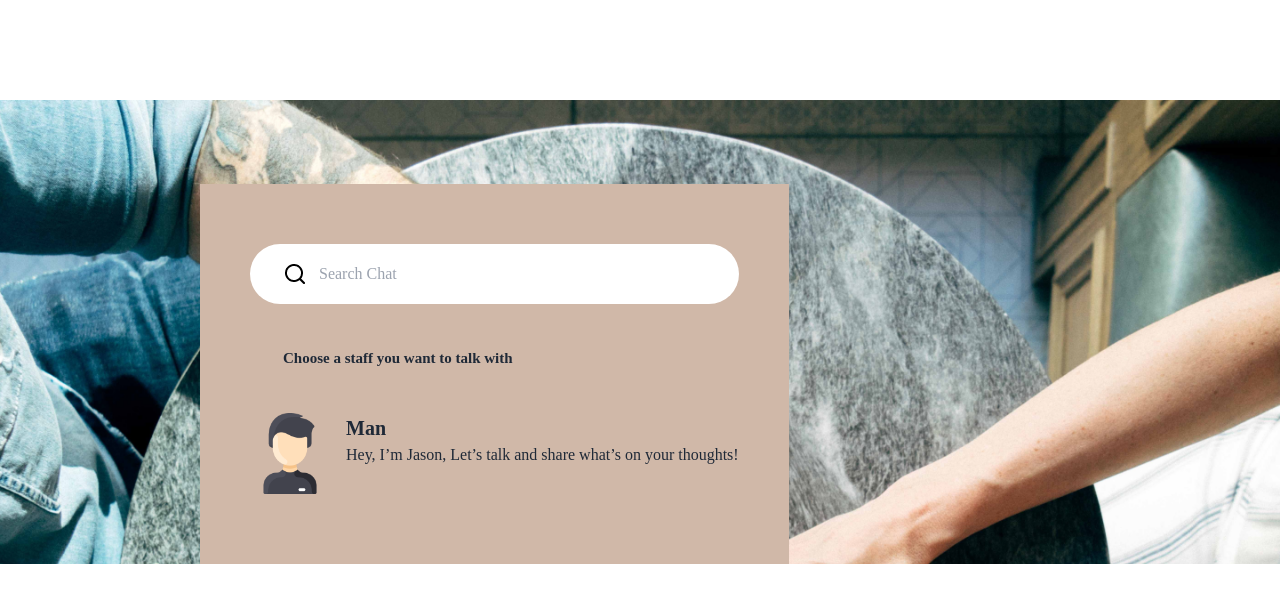
Repository: boykebn/fw12-collab2-FRONTEND
Page: /chat (app in our/)
These files come from the project's save history. The page is drawn as it stood at one moment and after the next save; the edit follows.
The browser window is 1280 px wide. The pictures show the whole page.
The project was rebuilt for these pictures with package versions that can differ from the ones it lists, and the page was loaded fresh each time. The framework's server and built-in components were replaced by stand-ins that run in the browser. Also part of the build but not shown: our/next.config.js.

Above is the page before, as saved 2022-12-31 23:50:09.

### our/pages/_app.js
import "../styles/globals.css";
import { Provider } from "react-redux";
import { store } from "../redux/store";

export default function App({ Component, pageProps }) {
  return (
    <Provider store={store}>
      <Component {...pageProps} />
    </Provider>
  );
}

### our/pages/chat.js
import React from "react";
import Image from "next/image";
import search from "../assets/search.png";
import man from "../assets/man.png";

const Chat = () => {
  return (
    <div className="pt-[100px] font-poppins">
      <div className="bg-[url('../assets/background-chat.png')] bg-cover bg-no-repeat">
        <div className="pt-[84px] px-[200px] flex">
          <div className="border-1 bg-[#d0b8a8] py-[60px] px-[50px]">
            <div className="border-1 flex items-center bg-white py-[18px] pl-[35px] pr-[40px] rounded-[30px] mb-[43px]">
              <Image src={search} alt="search" className="mr-[14px]" />
              <input placeholder="Search Chat" className="focus:outline-none" />
            </div>
            <p className="text-[15px] font-bold mb-[43px] px-[33px]">
              Choose a staff you want to talk with
            </p>
            <div className="flex">
              <Image
                src={man}
                alt="man"
                className="w-[80px] h-[81px] mr-[16px] mb-[10px]"
              />
              <div>
                <p className="text-[20px] font-bold">Man</p>
                <p>
                  Hey, I’m Jason, Let’s talk and share what’s on your thoughts!
                </p>
              </div>
            </div>
          </div>
          <div></div>
        </div>
      </div>
    </div>
  );
};

export default Chat;

### our/styles/globals.css
@tailwind base;
@tailwind components;
@tailwind utilities;

@import url("https://fonts.googleapis.com/css2?family=Poppins&family=Rubik&display=swap");
.btn {
  text-transform: none;
  width: 100%;
}
.input {
  width: 100%;
}

@media (min-width: 768px) {
  .bg-forgot-password {
    background-image: url("../images/forgotPasswordBg.png");
  }
}

### our/redux/store.js
import { configureStore } from '@reduxjs/toolkit';
import thunk from 'redux-thunk'
import reducer from './reducers';
import {persistStore} from 'redux-persist'

const store = configureStore({
    reducer,
    middleware: [thunk]
})

const persistor = persistStore(store)

export {store, persistor}

### our/redux/reducers/index.js
import {combineReducers} from '@reduxjs/toolkit';
import {persistReducer} from 'redux-persist'
import storage from 'redux-persist/lib/storage'
import auth from './auth'

const authConfig = {
    key: 'auth',
    storage
}

const reducer = combineReducers({
    auth: persistReducer(authConfig, auth),
})

export default reducer

### our/redux/reducers/auth.js
import {createSlice} from '@reduxjs/toolkit'

const initialState = {
    token: null
}

const authReducer = createSlice({
    name: 'auth',
    initialState,
    reducers: {
        logout: (state, action) => {
            return initialState
        }
    },
    extraReducers: (build) => {
    }
})

export const { logout } = authReducer.actions

export default authReducer.reducer

### our/tailwind.config.js
/** @type {import('tailwindcss').Config} */
module.exports = {
  content: [
    "./pages/**/*.{js,ts,jsx,tsx}",
    "./components/**/*.{js,ts,jsx,tsx}",
  ],
  theme: {
    extend: {
      fontFamily: {
        rubik: ["Rubik", "sans-serif"],
        poppins: ["Poppins"],
      },
      backgroundImage: {
        order_bg: "url('../images/bg-1.png')",
      },
    },
  },
  plugins: [require("daisyui")],
};

After the next save:
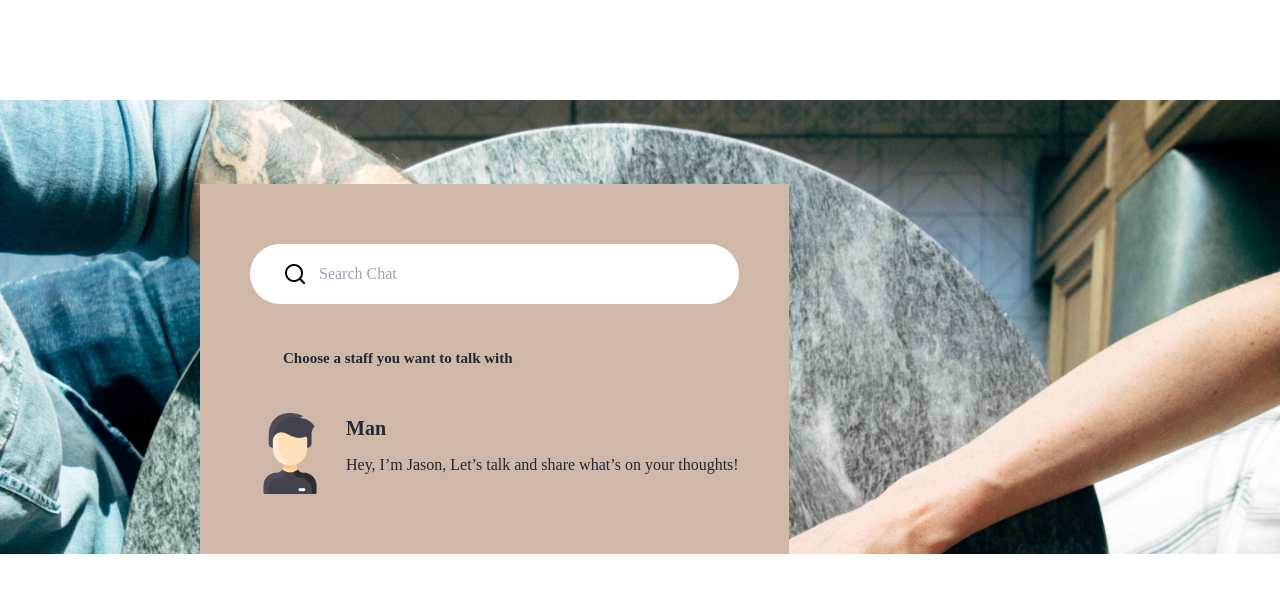
Saved 12 s later.
--- a/our/pages/chat.js
+++ b/our/pages/chat.js
@@ -20,10 +20,10 @@ const Chat = () => {
               <Image
                 src={man}
                 alt="man"
-                className="w-[80px] h-[81px] mr-[16px] mb-[10px]"
+                className="w-[80px] h-[81px] mr-[16px]"
               />
               <div>
-                <p className="text-[20px] font-bold">Man</p>
+                <p className="text-[20px] font-bold mb-[10px]">Man</p>
                 <p>
                   Hey, I’m Jason, Let’s talk and share what’s on your thoughts!
                 </p>
